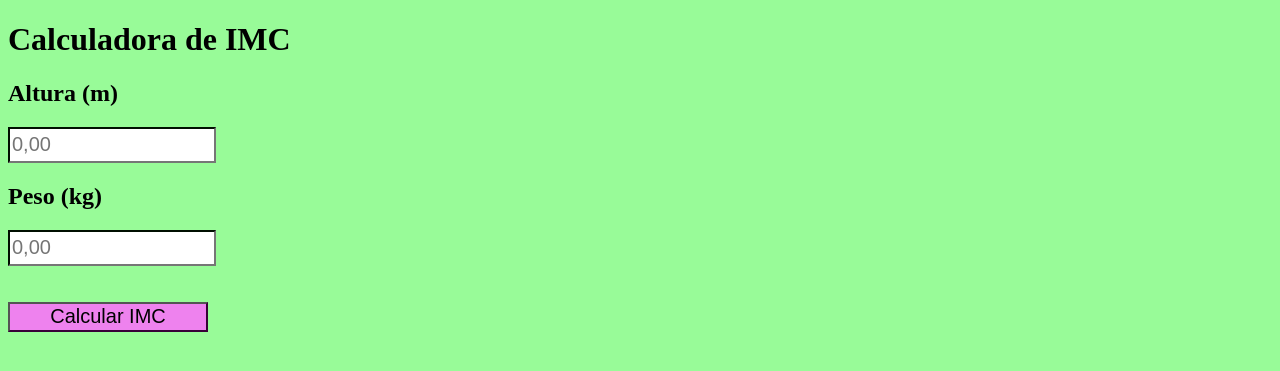
Repository: DeboraGuerra/programacaoWeb
Page: http://localhost/Desafio03/
An editor plug-in stored every save of this project. The page is shown before and after the next save, followed by the edit.
The browser window is 1280 px wide. The pictures show the whole page.
The page is served by Tomcat 9.

Above is the page before, as saved 2020-03-24 00:07:10.

After the next save:
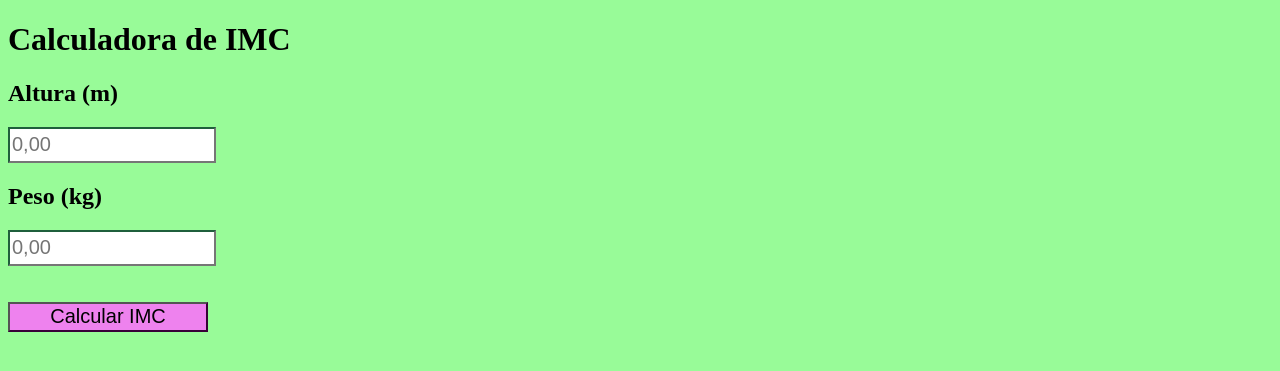
Saved 76 s later.
--- a/projetos-java/Desafio03/WebContent/style.css
+++ b/projetos-java/Desafio03/WebContent/style.css
@@ -8,8 +8,8 @@
     width: 200px;
     height: 30px;
     font-size: 20px;
-    border-top-color: #006400;
-    border-left-color: #006400;
+    border-top-color: #3cb371;
+    border-left-color: #3cb371;
 }
 
 .botao1 {
